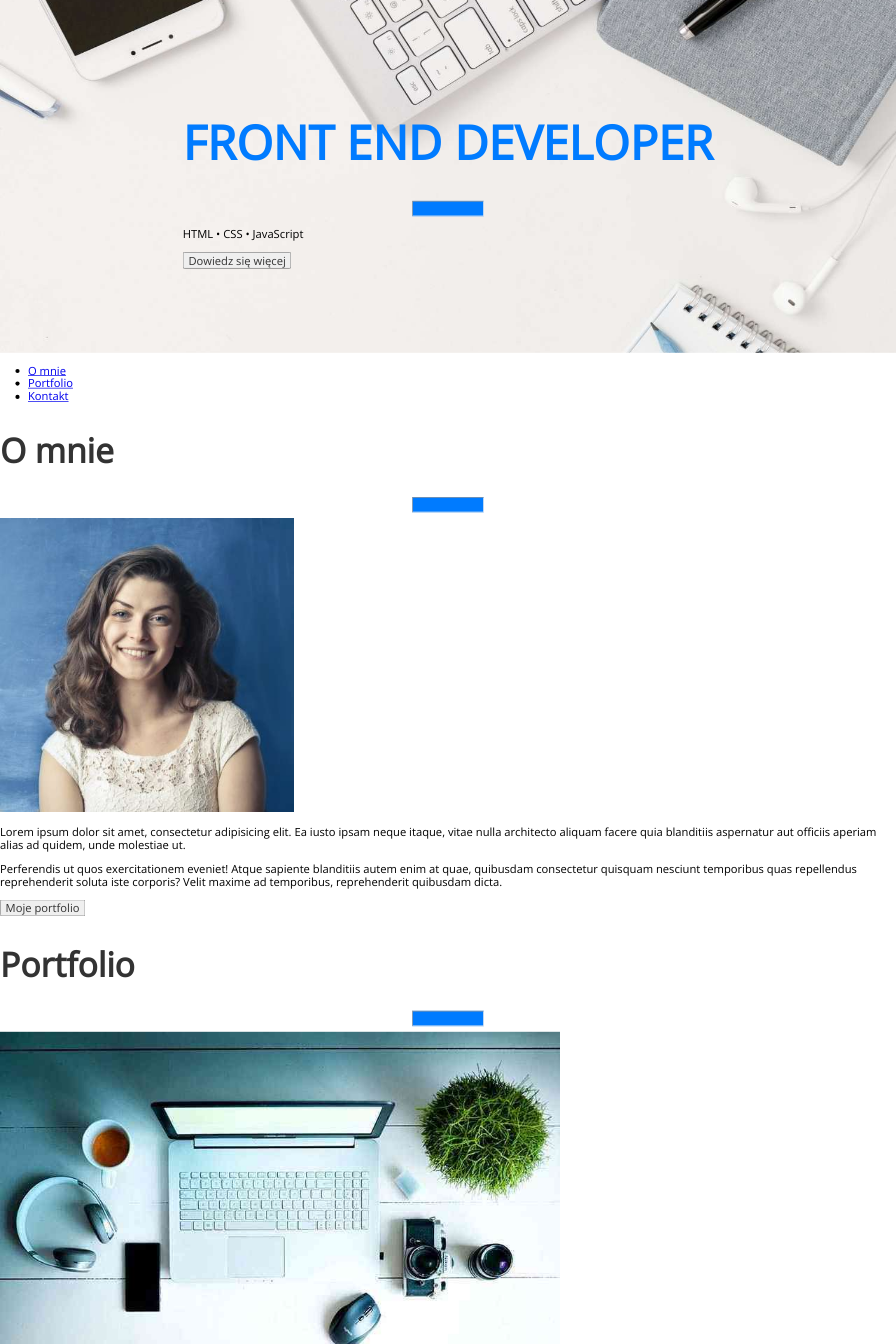
Repository: magdaf41/CSS
Page: zadanie_9/index.html
These files come from the project's save history. The page is drawn as it stood at one moment and after the next save; the edit follows.
The browser window is 1280 px wide. The pictures show the part of the page from y = 0 to 1920 px (the page is 7798 px tall before and 7753 px after), at 70% of full size.

Above is the page before, as saved 2020-08-25 20:52:35.

### zadanie_9/index.html
<!DOCTYPE html>
<html lang="pl">

<head>
    <meta charset="UTF-8">
    <meta name="viewport" content="width=device-width, initial-scale=1.0">
    <title>Portfolio</title>
    <link rel="stylesheet" href="css/normalize.css">

    <link rel="stylesheet" href="https://cdnjs.cloudflare.com/ajax/libs/font-awesome/4.7.0/css/font-awesome.min.css">

    <link href="https://fonts.googleapis.com/css2?family=Open+Sans:wght@300;400&display=swap" rel="stylesheet">

    <link rel="stylesheet" href="css/style.css">
</head>

<body>

    <header id="main-header">
        <div class="header-content">
        <h1>Front end developer</h1>
        <hr>
        <p>HTML &bull; CSS &bull; JavaScript </p>
        <button class="button">Dowiedz się więcej</button>
    </div>
    </header>

    <nav>
        <ul>
            <li class="about"><a href="#about">O mnie </a> </li>
            <li class="portfolio"><a href="#portfolio">Portfolio</a></li>
            <li id="contact"><a href="#contact">Kontakt</a></li>
        </ul>
    </nav>

    <section id="about">
        <h2 class="title">O mnie</h2>
        <hr>
        <img src="img/about.jpg" alt="moje_zdjęcie">
        <p>Lorem ipsum dolor sit amet, consectetur adipisicing elit. Ea iusto ipsam neque itaque, vitae nulla architecto
            aliquam facere quia blanditiis aspernatur aut officiis aperiam alias ad quidem, unde molestiae ut.</p>
        <p>Perferendis ut quos exercitationem eveniet! Atque sapiente blanditiis autem enim at quae, quibusdam
            consectetur quisquam nesciunt temporibus quas repellendus reprehenderit soluta iste corporis? Velit maxime
            ad temporibus, reprehenderit quibusdam dicta.</p>
        <button class="button">Moje portfolio</button>

    </section>

    <section id="portfolio">
        <h2 class="title">Portfolio</h2>
        <hr>
        <img src="img/portfolio/photo-1.jpg" alt="photo-1">
        <img src="img/portfolio/photo-2.jpg" alt="photo-2">
        <img src="img/portfolio/photo-3.jpg" alt="photo-3">
        <img src="img/portfolio/photo-4.jpg" alt="photo-4">
        <img src="img/portfolio/photo-5.jpg" alt="photo-5">
        <img src="img/portfolio/photo-6.jpg" alt="photo-6">
        <img src="img/portfolio/photo-7.jpg" alt="photo-7">
        <img src="img/portfolio/photo-8.jpg" alt="photo-8">
        <img src="img/portfolio/photo-9.jpg" alt="photo-9">
        <img src="img/portfolio/photo-10.jpg" alt="photo-10">
        <img src="img/portfolio/photo-11.jpg" alt="photo-11">
        <img src="img/portfolio/photo-12.jpg" alt="photo-12">
    </section>

    <section id="contact"></section>
    <h2 class="title">Kontakt</h2>
    <hr>
    <form class="form">
        <input type="text" name="name" id="name" placeholder="Imię">
        <input type="email" name="email" id="email" placeholder="Email">
        <textarea name="message" id="message" placeholder="Wiadomość"></textarea>
        <button type="submit" class="button">Wyślij wiadomość</button>
    </form>

    <a href="#" class="fa fa-facebook"></a>
    <a href="#" class="fa fa-twitter"></a>

    <footer>
        <p>Copyright&copy; Magdalena Falkowska-Legieć
        <p></p>
    </footer>

</body>

</html>

### zadanie_9/css/style.css
* {
    box-sizing: border-box;
}

body {
    font-family: 'Open Sans', sans-serif;
}

/* Header style */

#main-header {
    height: 70vh;
    background-image: url(../img/header.jpg);
    background-size: cover;
    background-position: center;
    background-repeat: no-repeat;
    display: flex;
    align-items: center;
    justify-content: center;
}

hr {
    background-color:#007bff;
    width: 100px;
    height: 20px;
}

h1 {
    font-size: 4.2em;
    color: #007bff;
    text-transform: uppercase;
}

#header {
    color: #333;
}

.button {
    color: #333;
}

.skills {
    font-size: 1.3em;
}

.menu {
    font-size: 1.9em;
}

.title {
    font-size: 3em;
    color: #333;
}

Loaded but not shown: zadanie_9/css/normalize.css (library)

After the next save:
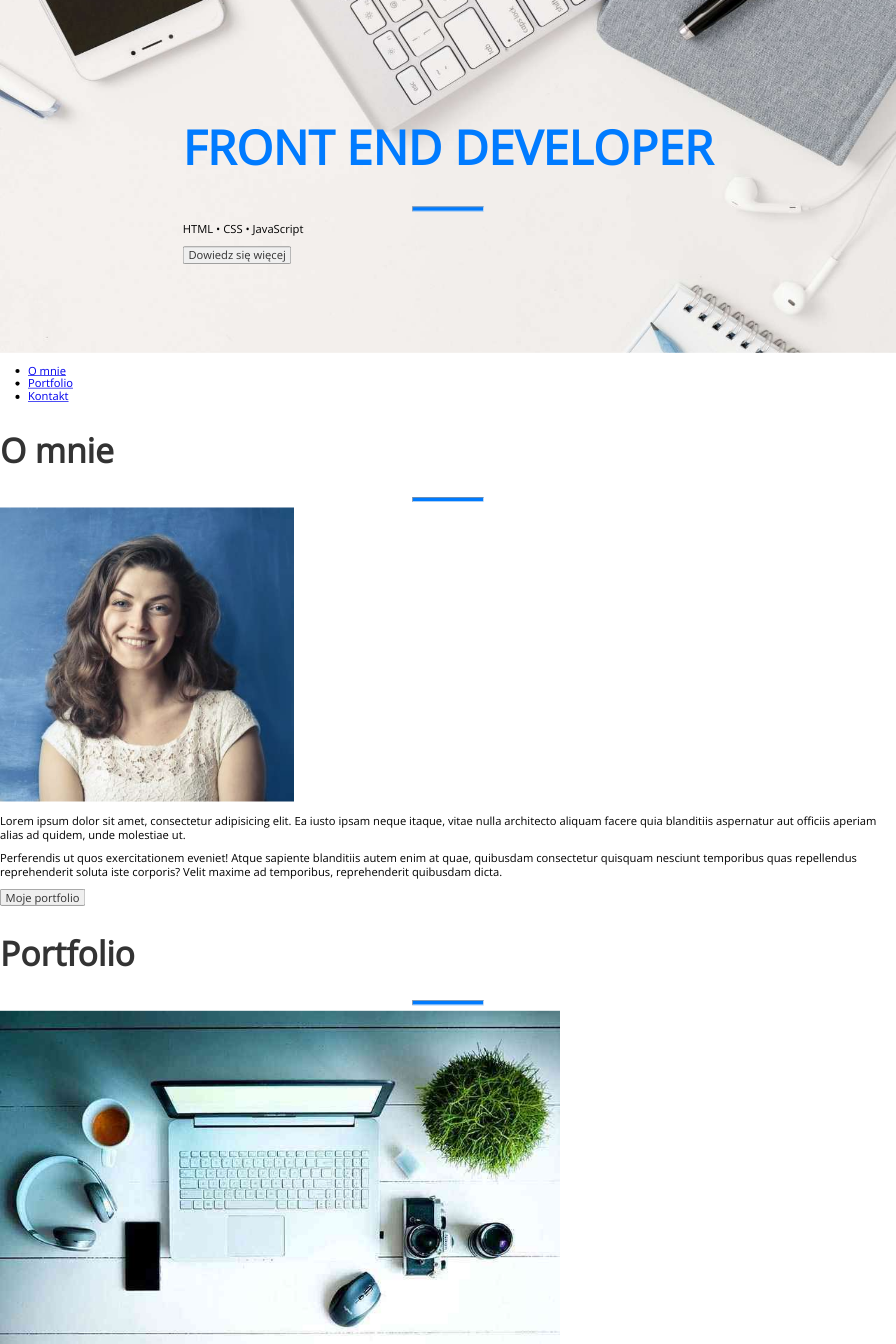
Saved 10 s later.
--- a/zadanie_9/css/style.css
+++ b/zadanie_9/css/style.css
@@ -22,7 +22,7 @@ body {
 hr {
     background-color:#007bff;
     width: 100px;
-    height: 20px;
+    height: 5px;
 }
 
 h1 {
